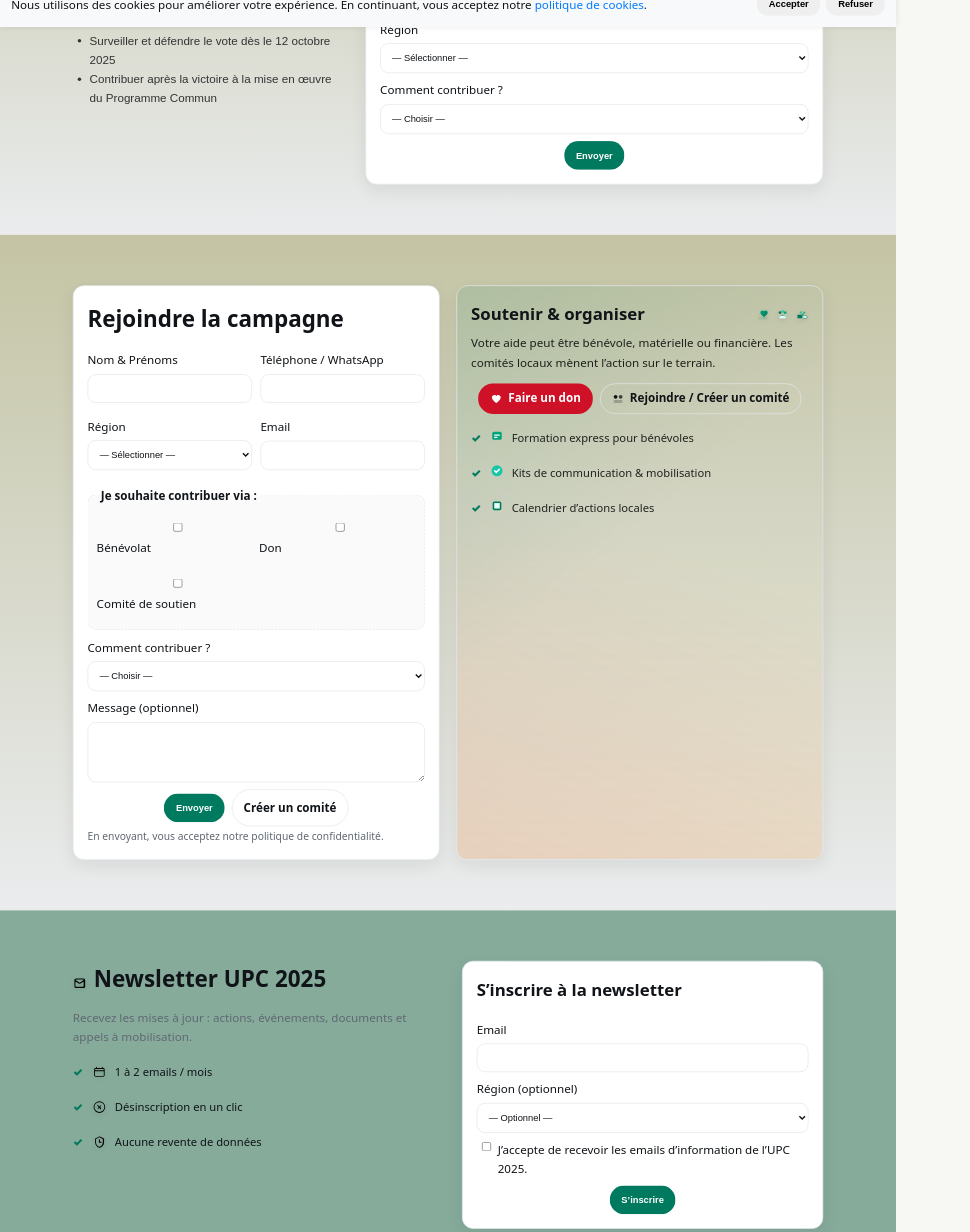
Repository: Kishny/upc2025
Page: adherer.html
An editor plug-in stored every save of this project. The page is shown before and after the next save, followed by the edit.
The browser window is 1280 px wide. The page is 1386 px wide, so the pictures cover 1386 px, including what lies to the right of the window. The pictures show the part of the page from y = 681 to 2441 px (the page is 3063 px tall before and 3090 px after), at 70% of full size.

Above is the page before, as saved 2025-09-14 22:07:01.
Console error: TypeError: Cannot set properties of undefined (setting 'ready')

After the next save:
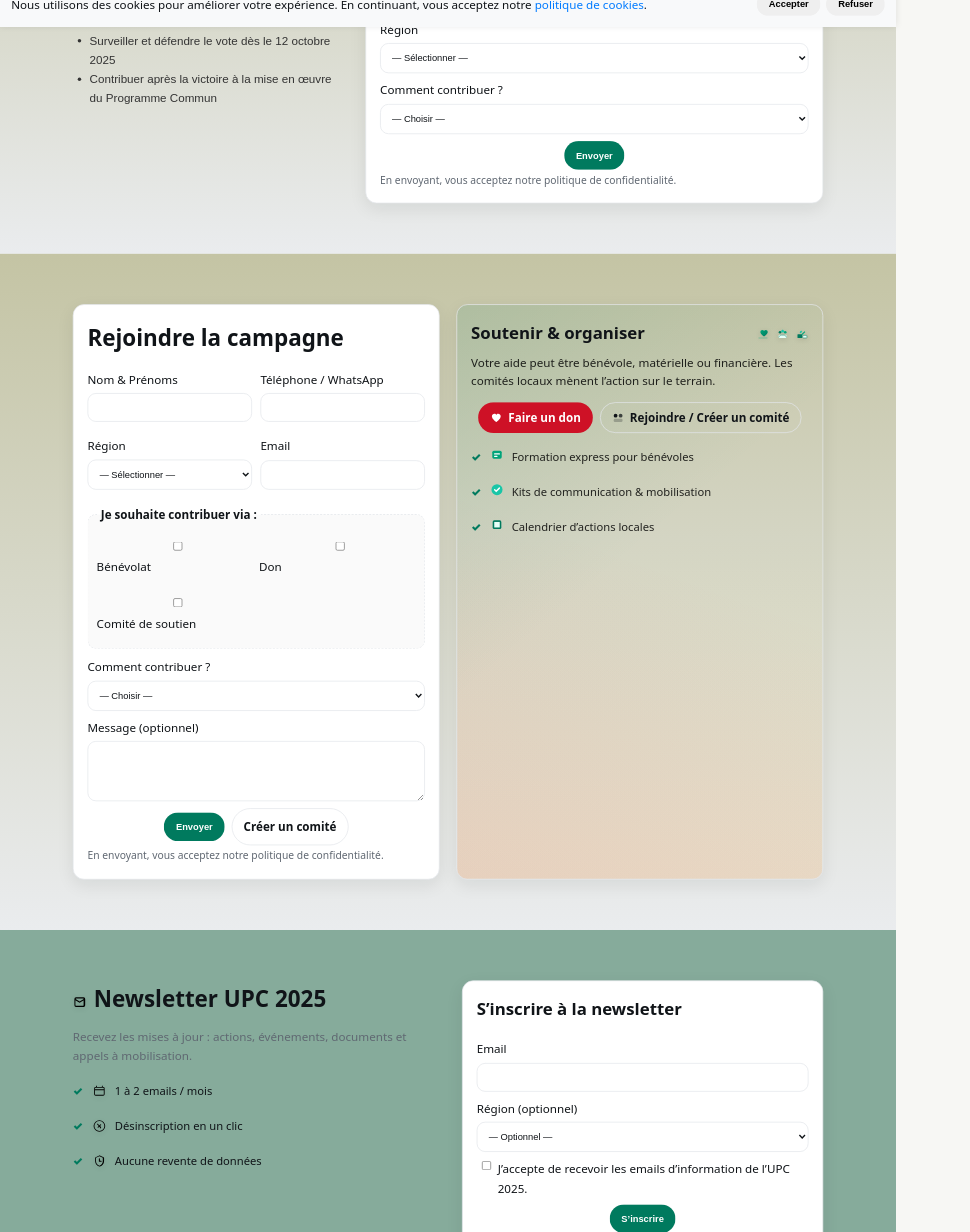
Saved 33 s later.
--- a/adherer.html
+++ b/adherer.html
@@ -221,9 +221,14 @@
                 class="btn btn--outline"
                 id="download-form"
                 style="display: none"
-                >Télécharger le certificat</a
               >
+                Télécharger mon certificat
+              </a>
             </div>
+            <small class="form__small"
+              >En envoyant, vous acceptez notre politique de
+              confidentialité.</small
+            >
           </form>
         </div>
       </div>
